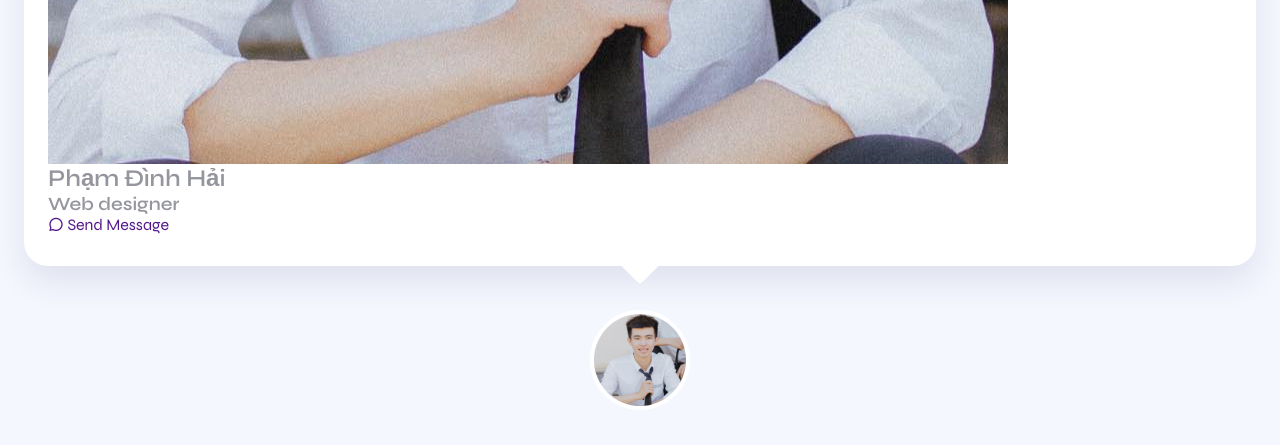
Repository: dinhhaidh/Profile
Page: index.html
These files come from the project's save history. The page is drawn as it stood at one moment and after the next save; the edit follows.
The browser window is 1280 px wide. The pictures show the whole page.
Some web libraries are served in a nearby version.

Above is the page before, as saved 2024-02-29 09:20:42.

After the next save:
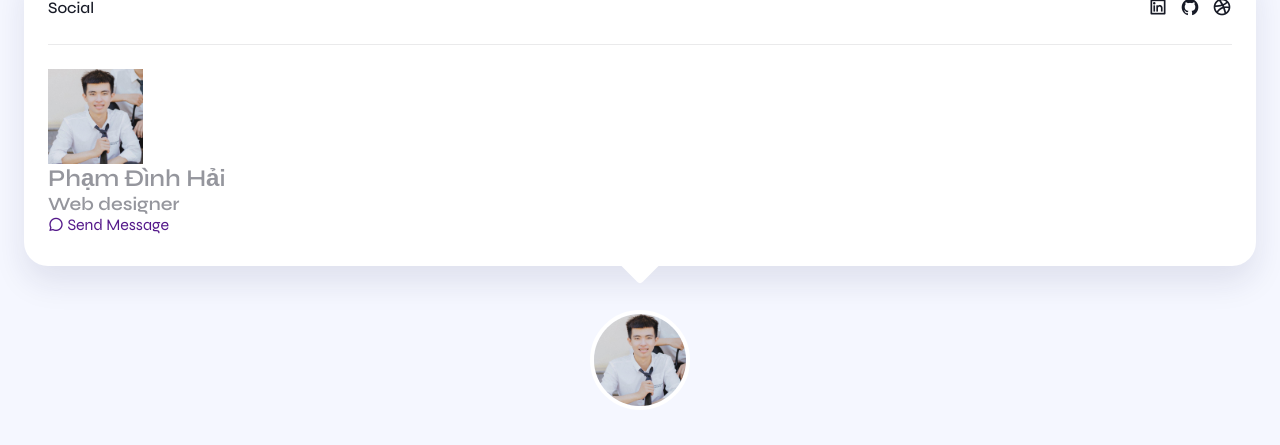
Saved 5 s later.
--- a/style.css
+++ b/style.css
@@ -75,7 +75,7 @@ img {
 }
 
 .card__profile img,
-.card {
+.card__mask img {
     width: 95px;
 }
 
